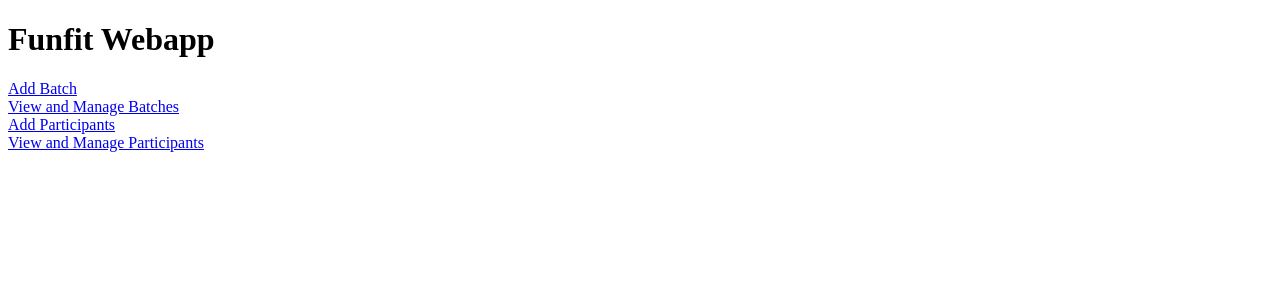
Repository: Jannis-Buschhaus/simplilearn-assessment-phase2
Page: http://localhost/FunfitWebapp/
These files come from the project's save history. The page is drawn as it stood at one moment and after the next save; the edit follows.
The browser window is 1280 px wide. The pictures show the whole page.
The page is served by Tomcat 9.

Above is the page before, as saved 2024-05-30 14:12:33.

After the next save:
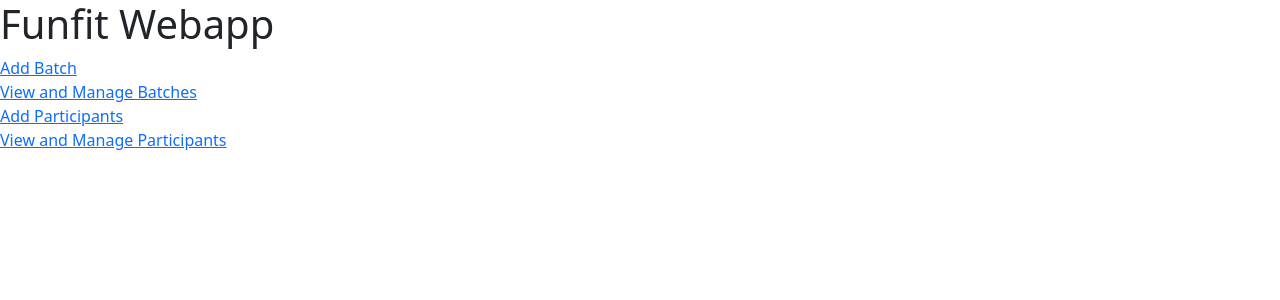
Saved 2 min 1 s later.
--- a/FunfitWebapp/src/main/webapp/index.jsp
+++ b/FunfitWebapp/src/main/webapp/index.jsp
@@ -6,6 +6,7 @@
 <head>
 <meta charset="UTF-8">
 <title>Funfit</title>
+<link href="https://cdn.jsdelivr.net/npm/bootstrap@5.3.3/dist/css/bootstrap.min.css" rel="stylesheet" integrity="sha384-QWTKZyjpPEjISv5WaRU9OFeRpok6YctnYmDr5pNlyT2bRjXh0JMhjY6hW+ALEwIH" crossorigin="anonymous">
 </head>
 <body>
 	<h1>Funfit Webapp</h1>
